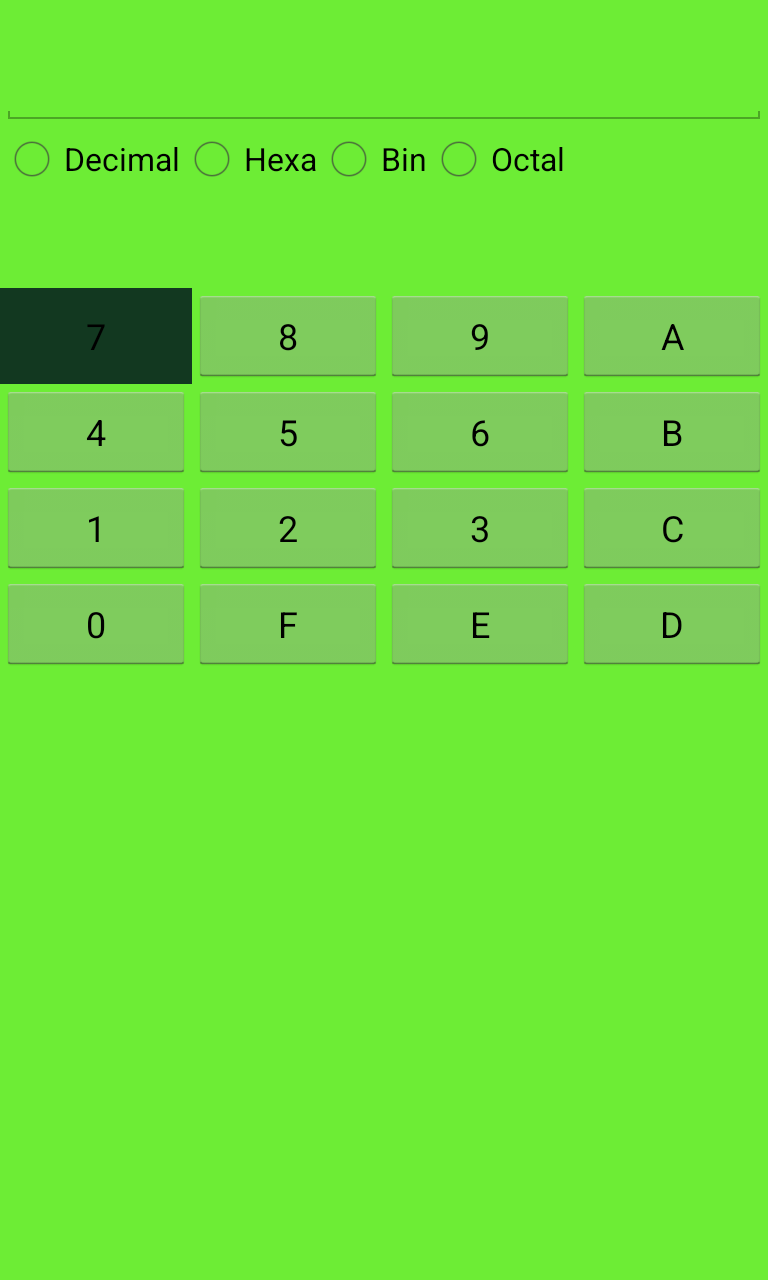
Repository: RamDion/BSIT_Calculator
Layout: CcsCalcu/res/layout/activity_calculator.xml
An editor plug-in stored every save of this project. The layout is shown before and after the next save, followed by the edit.
It is drawn on a 768 x 1280 px phone screen (xhdpi) without system bars, with theme AppTheme; the app's code is not run.

Above is the layout before, as saved 2014-09-04 05:27:13.

After the next save:
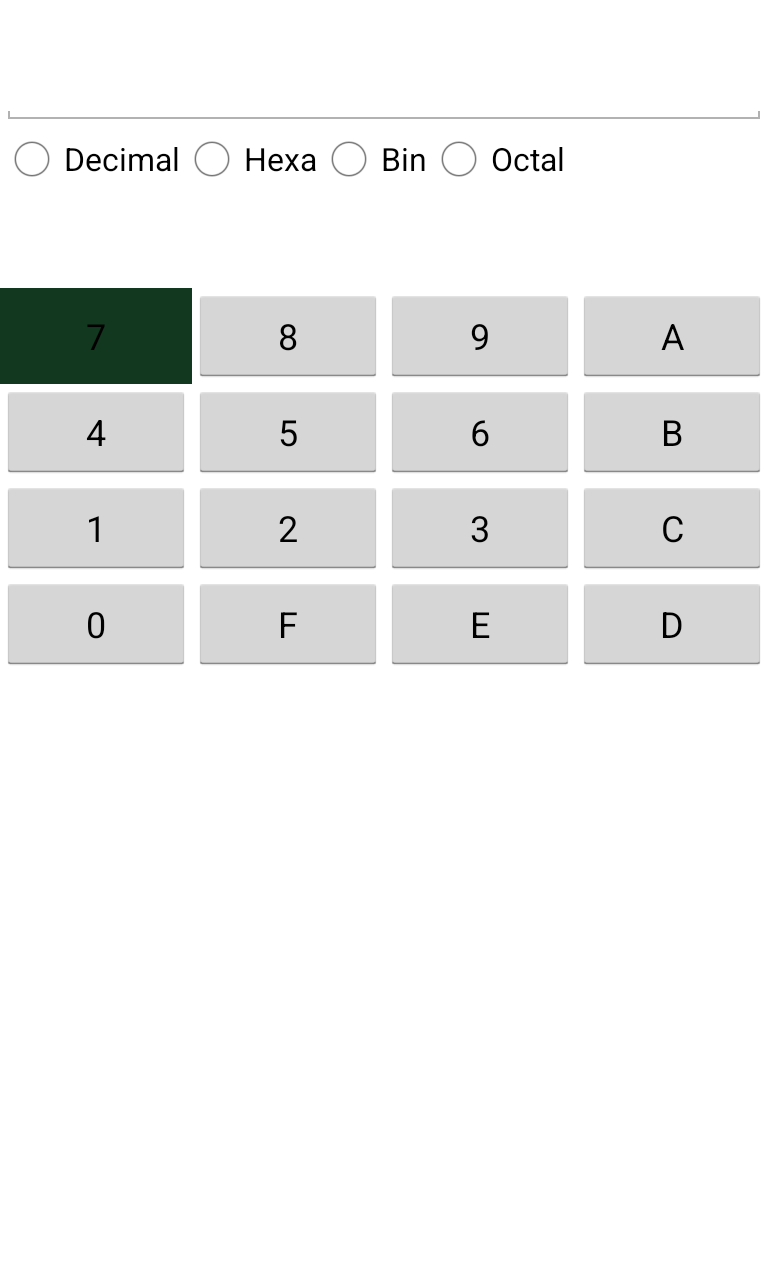
Saved 42 s later.
--- a/CcsCalcu/res/layout/activity_calculator.xml
+++ b/CcsCalcu/res/layout/activity_calculator.xml
@@ -3,7 +3,6 @@
     	xmlns:tools="http://schemas.android.com/tools"
         android:layout_width="fill_parent"
         android:layout_height="fill_parent"
-        android:background="#6ded35"
         android:layout_alignParentLeft="true"
         android:layout_alignParentTop="true"
         android:layout_alignParentRight="true"
